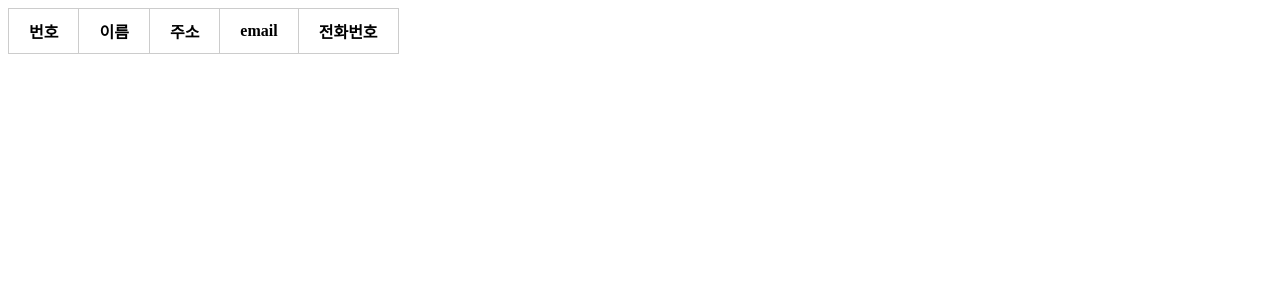
Repository: kdh2212/KDT_code
Page: http://localhost/20250805Web/showMem.jsp
These files come from the project's save history. The page is drawn as it stood at one moment and after the next save; the edit follows.
The browser window is 1280 px wide. The pictures show the whole page.
The page is served by Tomcat 9. Other server files are loaded and not shown. Queries for data that is not in the repository find no rows.

Above is the page before, as saved 2025-08-05 06:37:52.

### 20250805Web/src/main/webapp/showMem.jsp
<%@ page language="java" contentType="text/html; charset=UTF-8"
    pageEncoding="UTF-8"%>
<%@ page import="java.sql.*, javax.sql.*" %>
<!DOCTYPE html>
<html>
<head>
<meta charset="UTF-8">
<title>Insert title here</title>
<style type = "text/css">
table, th, td{
	border:1px solid #ccc;
	border-collapse:collapse;
}
th, td { padding:10px 20px;}
</style>

</head>
<body>

<%
Connection conn = null;
Statement stmt = null;
ResultSet rs = null;
try {
    Class.forName("com.mysql.cj.jdbc.Driver");
    conn = DriverManager.getConnection("jdbc:mysql://localhost:3305/du08", "root", "1234");
    stmt = conn.createStatement();
    rs = stmt.executeQuery("SELECT * FROM member");
%>
<table>
<tr>
<th>번호</th><th>이름</th><th>주소</th><th>email</th><th>전화번호</th>
</tr>
<%

    while (rs.next()) {
%>
<tr>
		<td> <%=rs.getString("mid") %> </td>
		<td> <%=rs.getString("kname") %> </td>
		<td> <%=rs.getString("addr") %> </td>
		<td> <%=rs.getString("email") %> </td>
		<td> <%=rs.getString("phone") %> </td>
</tr>
<%
    }
} catch (SQLException e) {
    out.println("데이터베이스 오류: " + e.getMessage());
} catch (ClassNotFoundException e) {
    out.println("드라이버를 찾을 수 없습니다: " + e.getMessage());
} finally {
    try {
        if (rs != null) rs.close();
        if (stmt != null) stmt.close();
        if (conn != null) conn.close();
    } catch (SQLException e) {
        out.println("리소스를 닫는 도중 오류 발생: " + e.getMessage());
    }
}
%>
</table>
</body>
</html>

After the next save:
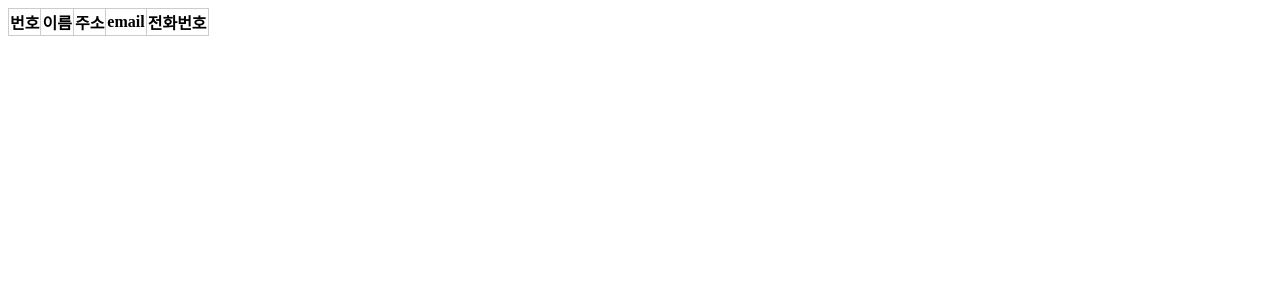
Saved 8 s later.
--- a/20250805Web/src/main/webapp/showMem.jsp
+++ b/20250805Web/src/main/webapp/showMem.jsp
@@ -11,7 +11,7 @@
 	border:1px solid #ccc;
 	border-collapse:collapse;
 }
-th, td { padding:10px 20px;}
+th, td { padding:10px, 20px;}
 </style>
 
 </head>

After the save that followed:
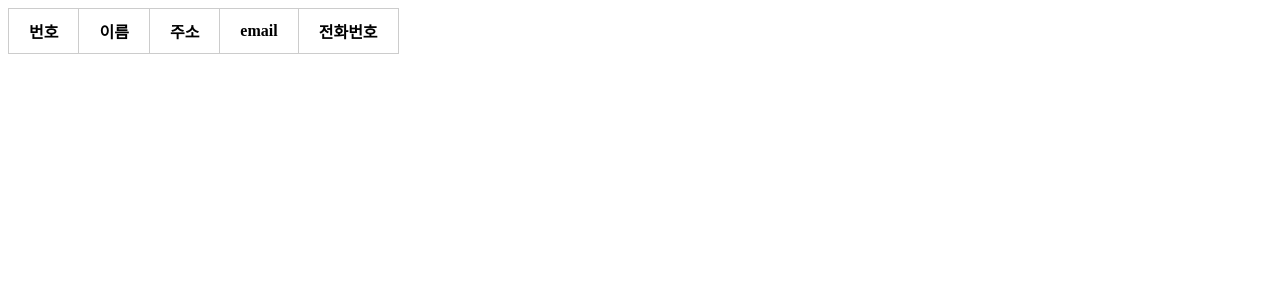
Saved 6 s later.
--- a/20250805Web/src/main/webapp/showMem.jsp
+++ b/20250805Web/src/main/webapp/showMem.jsp
@@ -13,7 +13,13 @@
 }
 th, td { padding:10px, 20px;}
 </style>
-
+<style type="text/css">
+table, th, td {
+border: 1px solid #ccc;
+border-collapse: collapse;
+}
+th, td {padding: 10px 20px;}
+</style>
 </head>
 <body>
 
